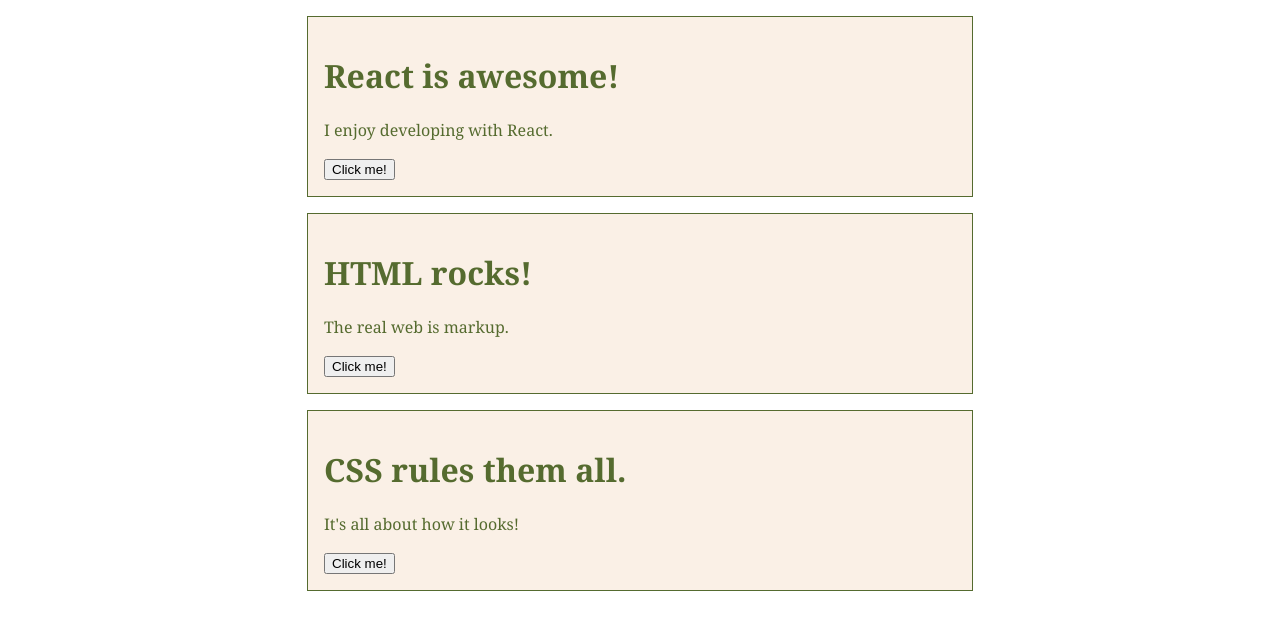
Repository: j1s00jang/frontend_bookstore
Page: /
The author's editor kept a copy of each file at every save. The page is drawn from the files as they stood at one save, then again after the next save.
The browser window is 1280 px wide. The pictures show the whole page.
The project was rebuilt for these pictures with package versions that can differ from the ones it lists, and the page was loaded fresh each time. Also part of the build but not shown: vite.config.js.

Above is the page before, as saved 2025-09-08 16:05:26.

### index.html
<!DOCTYPE html>
<html lang="en">
    <head>
        <meta charset="UTF-8" />
        <link
            rel="icon"
            type="image/svg+xml"
            href="/favicon.ico"
        />
        <meta
            name="viewport"
            content="width=device-width, initial-scale=1.0"
        />
        <title>Let's grab a bagel with Shema!</title>
    </head>
    <body>
        <div id="root">
            <!-- YOUR APPLICATION LIVES HERE -->
        </div>
        <script
            type="module"
            src="/src/main.jsx"
        ></script>
    </body>
</html>

### src/index.css
.excerpt {
    width: 50%;
    padding: 1em;
    margin: 1em auto;
    border: 1px solid;
    color: darkolivegreen;
    background-color: linen;
    font-family: Georgia, "Times New Roman", Times, serif;
}

### src/App.jsx
import Excerpt from "./Excerpt";

function App() {
    return (
        <div>
            <Excerpt
                title="React is awesome!"
                body="I enjoy developing with React."
            />
            <Excerpt
                title="HTML rocks!"
                body="The real web is markup."
            />
            <Excerpt
                title="CSS rules them all."
                body="It's all about how it looks!"
            />
        </div>
    );
}

export default App;

### src/Excerpt.jsx
function Excerpt(props) {
    return (
        <div className="excerpt">
            <h1>{props.title}</h1>
            <p>{props.body}</p>
            <button>Click me!</button>
        </div>
    );
}

export default Excerpt;

Loaded but not shown: src/main.jsx (common file)

After the next save:
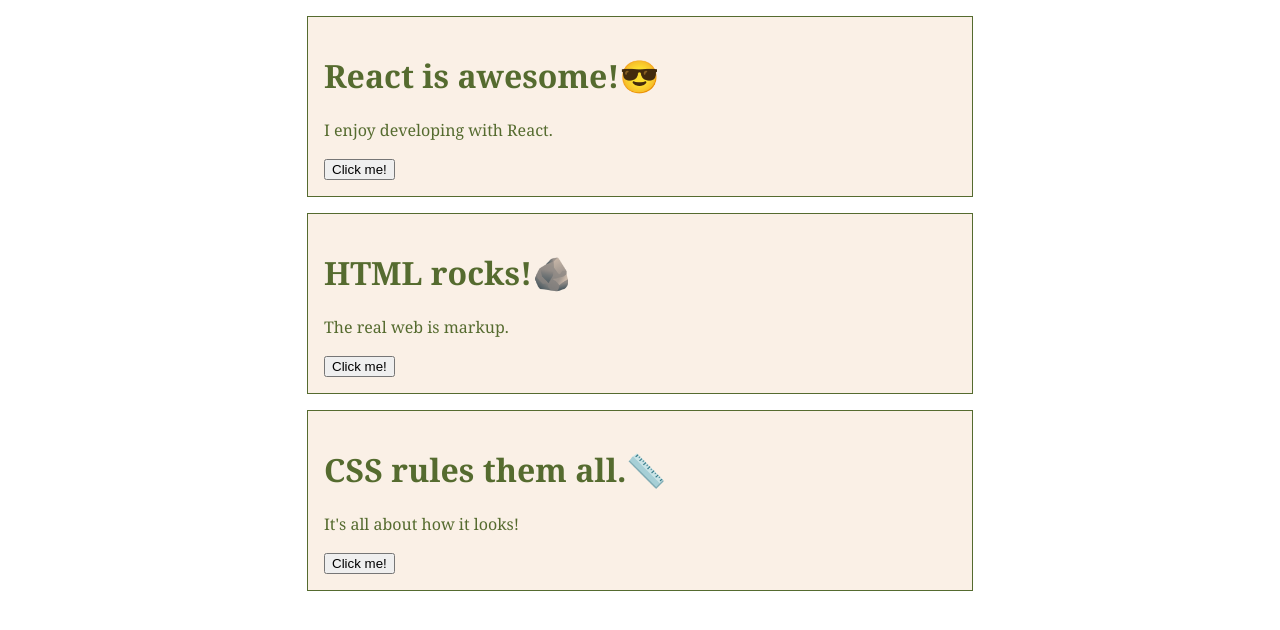
Saved 31 s later.
--- a/src/App.jsx
+++ b/src/App.jsx
@@ -4,15 +4,15 @@
     return (
         <div>
             <Excerpt
-                title="React is awesome!"
+                title="React is awesome!😎"
                 body="I enjoy developing with React."
             />
             <Excerpt
-                title="HTML rocks!"
+                title="HTML rocks!🪨"
                 body="The real web is markup."
             />
             <Excerpt
-                title="CSS rules them all."
+                title="CSS rules them all.📏"
                 body="It's all about how it looks!"
             />
         </div>
